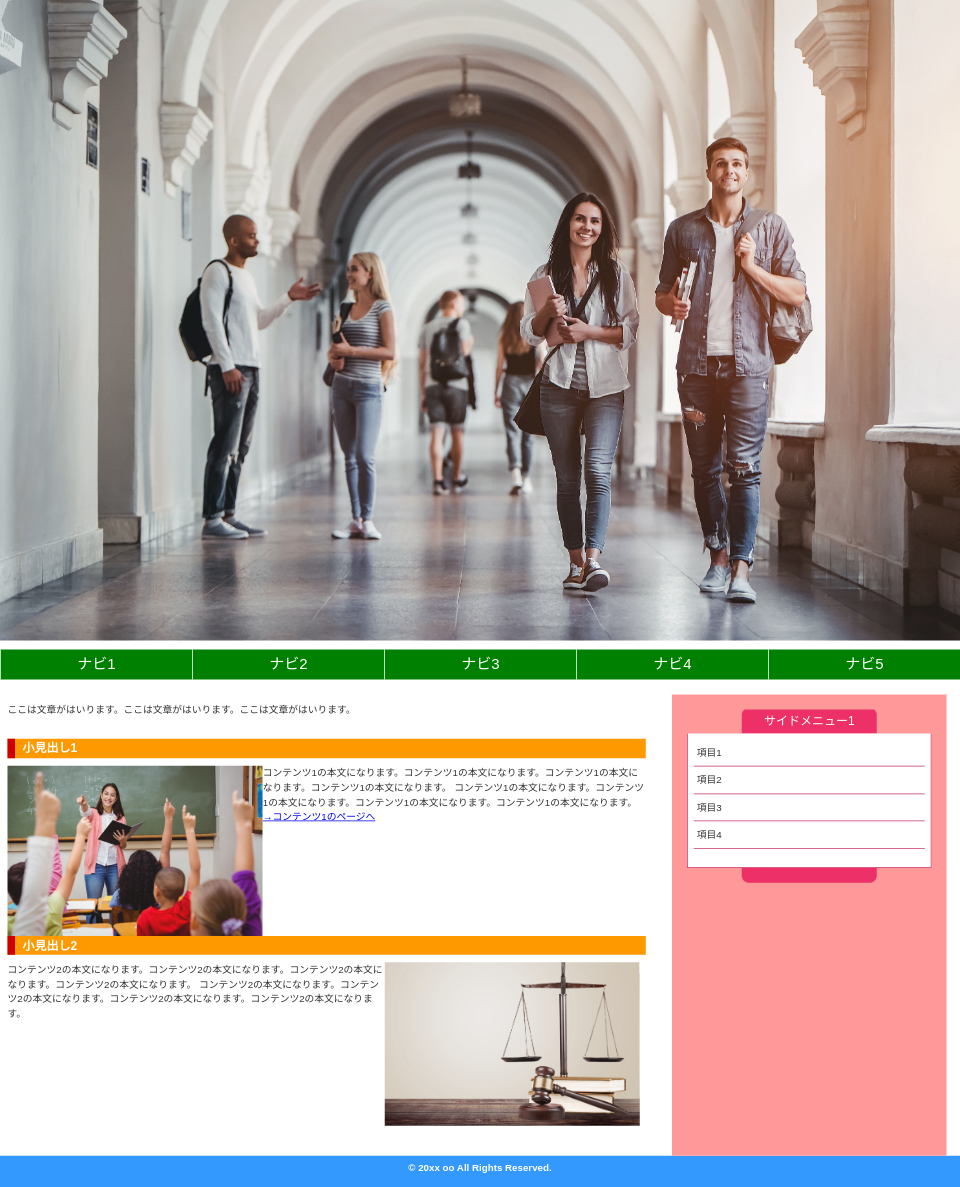
Repository: Yurika0602/samurai_HTML-CSS
Page: home.html
The author's editor kept a record of every edit. The page is drawn from the files as they stood at one moment, then again after the next edit.
The browser window is 1280 px wide. The pictures show the whole page, at 75% of full size.

Above is the page before.

After the next edit:
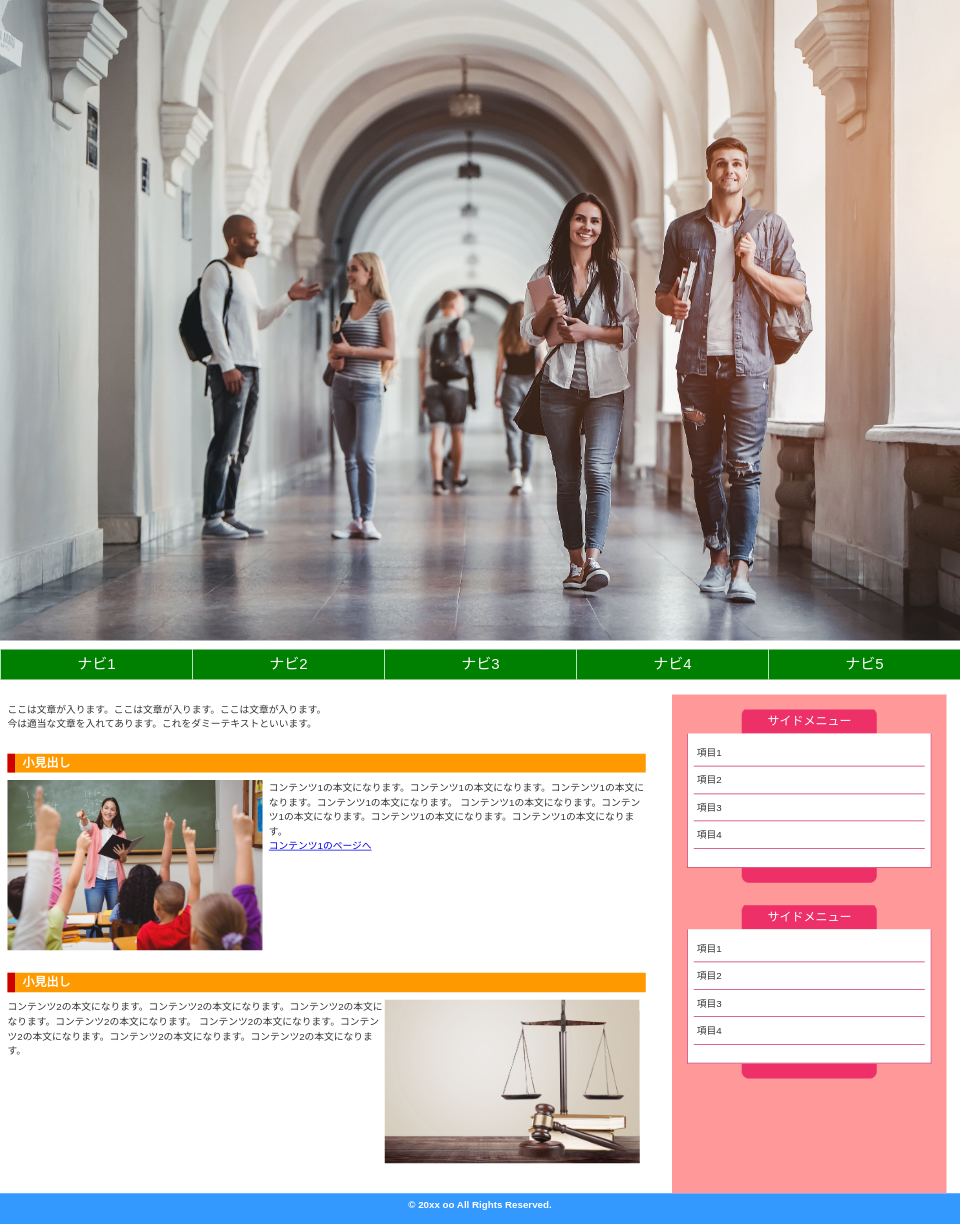
The edit:
--- a/home.html
+++ b/home.html
@@ -2,39 +2,39 @@
 <html lang="ja">
     <head>
         <meta charset="UTF-8">
-        <title>HTML/CSS学習</title>
+        <title>HTML/CSSの学習</title>
         <link rel="stylesheet" href="stylesheet.css">
     </head>
     <body>
         <div id="header">
-            <h1><a href="index.html"><img id="corridor" src="images/corridor.jpg" alt="大学の廊下"/></a></h1>
+            <h1><a href="index.heml"><img id="corridor" src="images/corridor.jpg" alt="大学の廊下"></a></h1>
         </div>
         <div id="wrapper">
             <div id="nav">
                 <ul>
-                 <li><a href="home.html">ナビ1</a></li>
-                 <li><a href="#">ナビ2</a></li>
-                 <li><a href="#">ナビ3</a></li>
-                 <li><a href="#">ナビ4</a></li>
-                 <li><a href="#">ナビ5</a></li>
-              </ul>
+                    <li><a href="home.html">ナビ1</a></li>
+                    <li><a href="#">ナビ2</a></li>
+                    <li><a href="#">ナビ3</a></li>
+                    <li><a href="#">ナビ4</a></li>
+                    <li><a href="#">ナビ5</a></li>
+                </ul>
             </div>
             <div id="container">
                 <div id="main">
                     <div class="post">
-                        <p>ここは文章がはいります。ここは文章がはいります。ここは文章がはいります。</p>
+                        <p>ここは文章が入ります。ここは文章が入ります。ここは文章が入ります。<br />今は適当な文章を入れてあります。これをダミーテキストといいます。</p>
                     </div>
-                    <div class="clearfix">
-                        <h2>小見出し1</h2>
-                        <img class="left" src="images/classroom.jpg" alt="授業風景"/>
+                    <div class="post clearfix">
+                        <h2>小見出し</h2>
+                        <img class="left" src="images/classroom.jpg" alt="授業風景">
                         <p>
                             コンテンツ1の本文になります。コンテンツ1の本文になります。コンテンツ1の本文になります。コンテンツ1の本文になります。
                             コンテンツ1の本文になります。コンテンツ1の本文になります。コンテンツ1の本文になります。コンテンツ1の本文になります。
                         </p>
-                        <p><a href="#">→コンテンツ1のページへ</a></p>
+                        <p><a href="#">コンテンツ1のページへ</a></p>
                     </div>
                     <div class="post clearfix">
-                        <h2>小見出し2</h2>
+                        <h2>小見出し</h2>
                         <img class="right" src="images/scale.jpg" alt="天秤">
                         <p>
                             コンテンツ2の本文になります。コンテンツ2の本文になります。コンテンツ2の本文になります。コンテンツ2の本文になります。
@@ -44,7 +44,18 @@
                 </div>
                 <div id="side">
                     <div class="box">
-                        <h2>サイドメニュー1</h2>
+                        <h2>サイドメニュー</h2>
+                        <div class="boxBody">
+                            <ul>
+                                <li>項目1</li>
+                                <li>項目2</li>
+                                <li>項目3</li>
+                                <li>項目4</li>
+                            </ul>
+                        </div>
+                    </div>
+                    <div class="box">
+                        <h2>サイドメニュー</h2>
                         <div class="boxBody">
                             <ul>
                                 <li>項目1</li>
